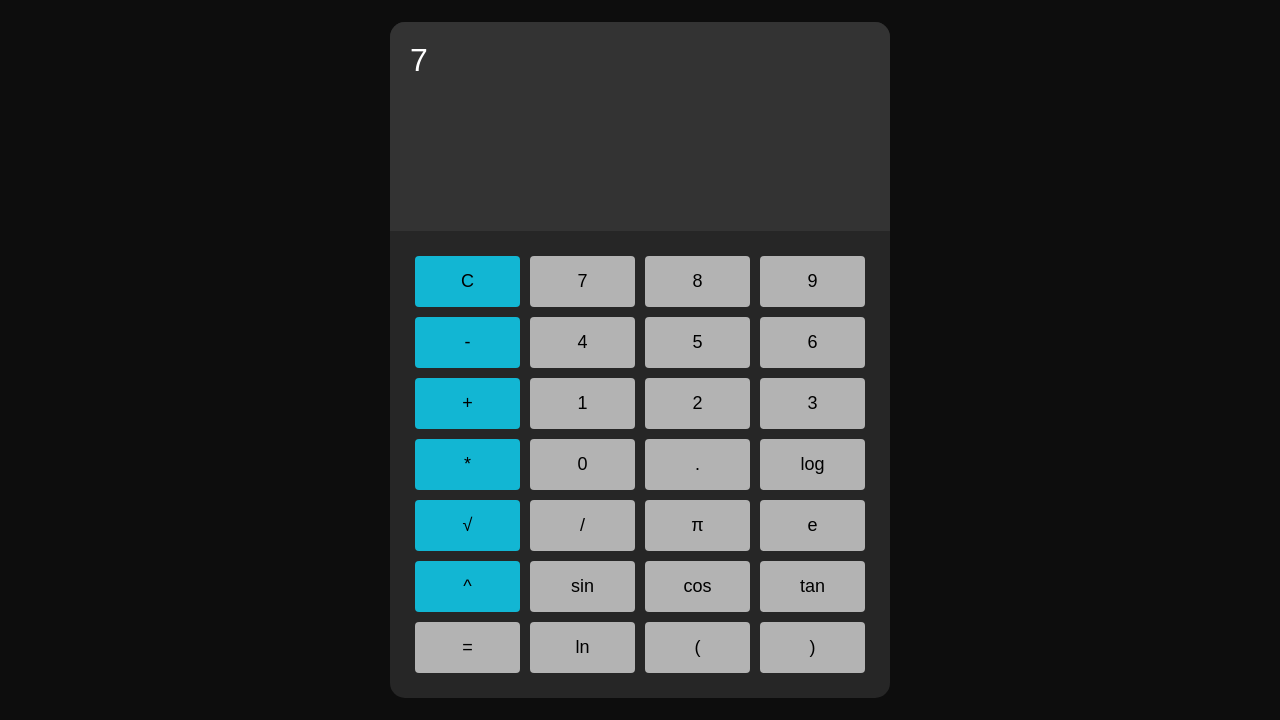
Repository: Haakim19/JavaScript
Page: Calculater/Main.html
An editor plug-in stored every save of this project. The page is shown before and after the next save, followed by the edit.
The browser window is 1280 px wide. The pictures show the whole page.
After loading, the first visible `button[onclick="appentToDisplay('7')"]` was clicked once.

Above is the page before, as saved 2024-10-23 12:08:46.

### Calculater/Main.html
<!DOCTYPE html>
<html lang="en">
<head>
    <meta charset="UTF-8">
    <meta name="viewport" content="width=device-width, initial-scale=1.0">
    <title>Calculator</title>
    <link rel="stylesheet" href="Main.css">
</head>
<body>
    <div id="calculator">
        <div id="calculator-normal">
            <input id= "display1" readonly>
            <input id="display2" readonly>
            <div id="keys">
                <button onclick="clearDisplay()" class="operator-btn">C</button>
                <button onclick="appentToDisplay('7')">7</button>
                <button onclick="appentToDisplay('8')">8</button>
                <button onclick="appentToDisplay('9')">9</button>
                <button onclick="appentToDisplay('-')" class="operator-btn">-</button>
                <button onclick="appentToDisplay('4')">4</button>
                <button onclick="appentToDisplay('5')">5</button>
                <button onclick="appentToDisplay('6')">6</button>
                <button onclick="appentToDisplay('+')" class="operator-btn">+</button>
                <button onclick="appentToDisplay('1')">1</button>
                <button onclick="appentToDisplay('2')">2</button>
                <button onclick="appentToDisplay('3')">3</button>
                <button onclick="appentToDisplay('*')" class="operator-btn">*</button>
                <button onclick="appentToDisplay('0')">0</button>
                <button onclick="appentToDisplay('.')" >.</button>

                <button onclick="appentToDisplay(value)" >log</button>
                <button onclick="appentToDisplay(value)" class="operator-btn">√</button>
                <button onclick="appentToDisplay('/')">/</button>
                <button onclick="appendToDisplay(value)">π</button>
                <button onclick="appentToDisplay(value)">e</button>
                <button onclick="appendToDisplay(value)" class="operator-btn">^</button>
                <button onclick="appentToDisplay(value)">sin</button>
                <button onclick="appentToDisplay(value)">cos</button>
                <button onclick="appentToDisplay(value)">tan</button>
                <button onclick="calculate()" >=</button>
                <button onclick="appentToDisplay(value)">ln</button>
                <button onclick="appentToDisplay(value)"><span>&#40;</span></button>
                <button onclick="appentToDisplay(value)"><span>&#41;</span></button>
            </div>
        </div>

    </div>
<script src="Main.js"></script>
</body>
</html>

### Calculater/Main.css
body{
    margin: 0;
    display: flex;
    justify-content: center;
    align-items: center;
    height: 100vh;
    background-color: hsl(0,0%, 5%);
}
#calculate{
    font-family:sans-serif;
    box-shadow: 0 4px 10px rgba(0, 0, 0, 0.1);
}
#calculator-normal{
    background-color: hsl(0, 0%, 15%);
    border-radius: 15px;
    max-width: 500px;
    overflow: hidden;
}

#display1{
    width: 100%;
    padding: 20px;
    font-size: 2rem;
    border: none;
    text-align: left;
    padding-right: -15px;
    color: white;
    background-color: hsl(0, 0%, 20%);

}
#display2{
    width: 100%;
    padding: 20px;
    font-size: 5rem;
    border: none;
    text-align: left;
    padding-right: -15px;
    color: white;
    background-color: hsl(0, 0%, 20%);

}
#keys{
    display: grid;
    grid-template-columns: repeat(4, 1fr);
    gap: 10px;
    padding: 25px;
}
/* #keys-normal{
    width: 80px;
    height: 60px;
    color: white;
    border-radius: 50px;
    border: none;
    font-size: 3rem;
    background-color: hsl(0, 0%, 30%);
    font-weight: bold;
    cursor: pointer;
} */
/* button{
    width: 80px;
    height: 60px;
    color: white;
    border-radius: 50px;
    border: none;
    font-size: 3rem;
    background-color: hsl(0, 0%, 30%);
    font-weight: bold;
    cursor: pointer;
} */
button{
    width: 100%;
    padding: 15px;
    font-size: 18px;
    border: none;
    border-radius: 4px;
    background-color: hsl(0, 0%, 70%);
    cursor: pointer;
    transition: background-color 0.5s;
}

button:hover{
    background-color: hsl(0, 0%, 40%);
}

button:active{
    background-color: hsl(0, 0%, 50%);
}

.operator-btn{
    background-color: hsl(189, 84%, 45%);
}

.operator-btn:hover{
    background-color: hsl(189, 84%, 65%);
}

.operator-btn:active{
    background-color: hsl(189, 84%, 75%);
}

### Calculater/Main.js
// const display1 = document.getElementById('display1');
// const display2 = document.getElementById('display2');

// function appentToDisplay(input){
//     display2.value += input;
// }
// function clearDisplay(){
//     display1.value = '';
//     display2.value = '';
// }
// function calculate(){
//     try{
//         let expression = display2.value
//         .replace(/sin/g, 'Math.sin()')
//         .replace(/cos/g, 'Math.cos()')
//         .replace(/tan/g, 'Math.tan()')
//         .replace(/√/g, 'Math.sqrt()')
//         .replace(/π/g, 'Math.PI')
//         .replace(/log/g, 'Math.log10()')
//         .replace(/ln/g, 'Math.log()')
//         .replace(/\^/g, '**');

//         display1.value = eval(display2.value);}
//     catch{
//         display2.value = 'Error';
//     }

// }
// Main.js

// Function to append values to the display
function appentToDisplay(value) {
    const display1 = document.getElementById("display1");
    const display2 = document.getElementById("display2");
    if (value === "π") {
        display1.value += Math.PI;
    } else if (value === "e") {
        display1.value += Math.E;
    } else if (value === "log") {
        display1.value += "Math.log10(";
    } else if (value === "√") {
        display1.value += "Math.sqrt(";
    } else if (value === "sin") {
        display1.value += "Math.sin(";
    } else if (value === "cos") {
        display1.value += "Math.cos(";
    } else if (value === "tan") {
        display1.value += "Math.tan(";
    } else if (value === "ln") {
        display1.value += "Math.log(";
    } else {
        display1.value += value;
    }
}

// Function to clear the display
function clearDisplay() {
    document.getElementById("display1").value = "";
    document.getElementById("display2").value = "";
}

// Function to calculate the result
function calculate() {
    const display1 = document.getElementById("display1");
    const display2 = document.getElementById("display2");
    try {
        // Use eval to calculate the expression in display1
        let result = eval(display2.value);
        display1.value = result;
    } catch (error) {
        display2.value = "Error";
    }
}

// Additional functions for mathematical operations
function appendToDisplay(value) {

}

After the next save:
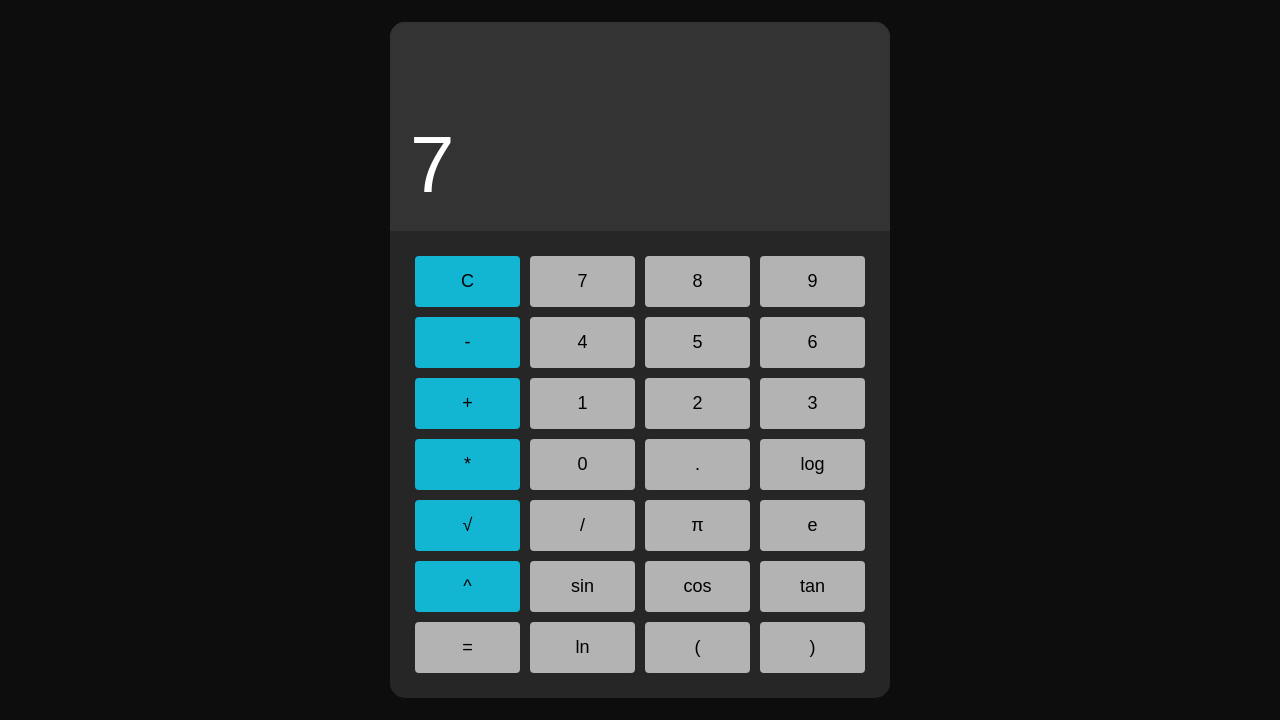
Saved 92 s later.
--- a/Calculater/Main.js
+++ b/Calculater/Main.js
@@ -33,23 +33,23 @@ function appentToDisplay(value) {
     const display1 = document.getElementById("display1");
     const display2 = document.getElementById("display2");
     if (value === "π") {
-        display1.value += Math.PI;
+        display2.value += Math.PI;
     } else if (value === "e") {
-        display1.value += Math.E;
+        display2.value += Math.E;
     } else if (value === "log") {
-        display1.value += "Math.log10(";
+        display2.value += "Math.log10(";
     } else if (value === "√") {
-        display1.value += "Math.sqrt(";
+        display2.value += "Math.sqrt(";
     } else if (value === "sin") {
-        display1.value += "Math.sin(";
+        display2.value += "Math.sin(";
     } else if (value === "cos") {
-        display1.value += "Math.cos(";
+        display2.value += "Math.cos(";
     } else if (value === "tan") {
-        display1.value += "Math.tan(";
+        display2.value += "Math.tan(";
     } else if (value === "ln") {
-        display1.value += "Math.log(";
+        display2.value += "Math.log(";
     } else {
-        display1.value += value;
+        display2.value += value;
     }
 }
 
